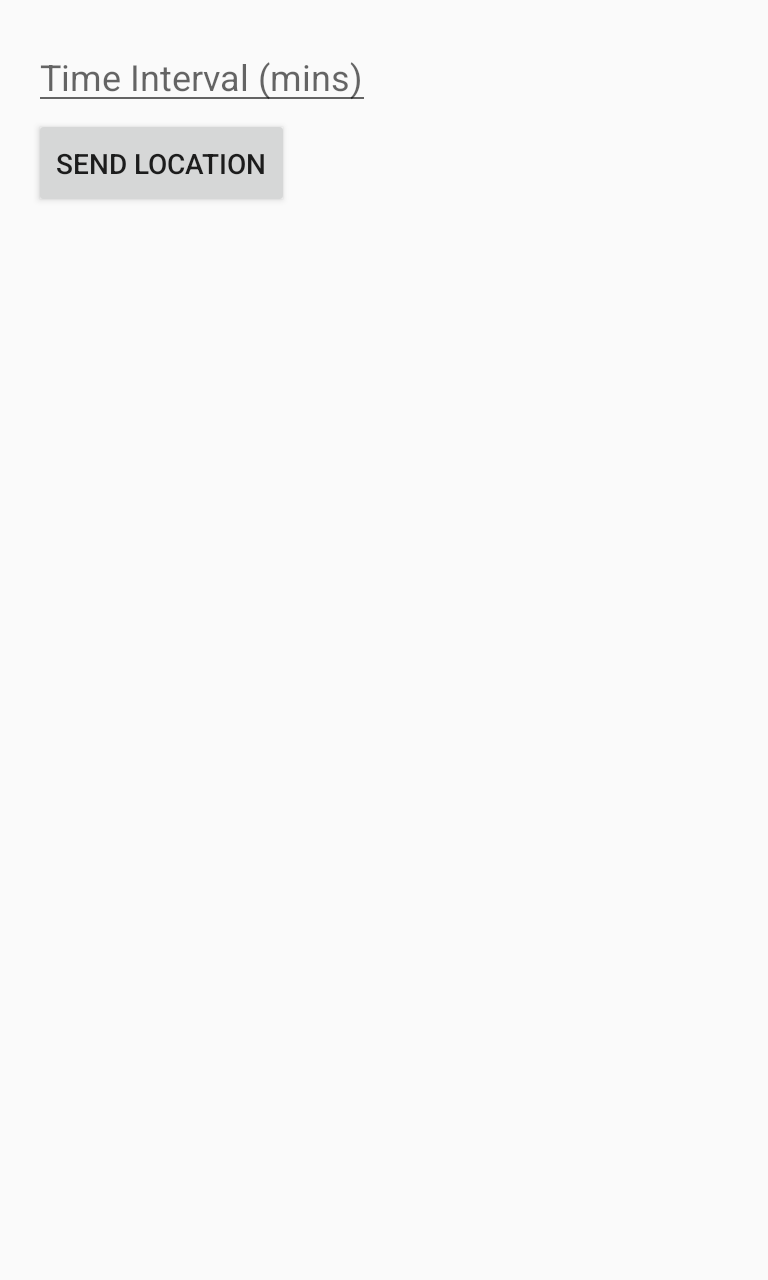
Repository: haidark/rahat
Layout: android/Rahat/res/layout/fragment_main.xml
The author's editor kept a copy of each file at every save. The layout is drawn from the files as they stood at one save, then again after the next save.
It is drawn on a 768 x 1280 px phone screen (xhdpi) without system bars, with theme AppTheme; the app's code is not run.

Above is the layout before, as saved 2014-05-01 23:21:52.

### android/Rahat/res/layout/fragment_main.xml
<LinearLayout xmlns:android="http://schemas.android.com/apk/res/android"
    xmlns:tools="http://schemas.android.com/tools"
    android:layout_width="match_parent"
    android:layout_height="match_parent"
    android:paddingBottom="@dimen/activity_vertical_margin"
    android:paddingLeft="@dimen/activity_horizontal_margin"
    android:paddingRight="@dimen/activity_horizontal_margin"
    android:paddingTop="@dimen/activity_vertical_margin"
    tools:context="com.example.rahat.MainActivity$PlaceholderFragment"
	android:orientation="vertical" >

    <EditText android:id="@+id/edit_1"
        android:layout_width="wrap_content"
        android:layout_height="wrap_content"
        android:hint="@string/edit_1" />
    <Button
        android:layout_width="wrap_content"
        android:layout_height="wrap_content"
        android:text="@string/button_send"
        android:onClick="sendLocation" />
    <ScrollView android:layout_width="fill_parent"
    			android:layout_height="wrap_content" >
	    <TextView android:id="@+id/text_1"
	        android:layout_width="wrap_content"
	        android:layout_height="wrap_content"
	        android:text="@string/text_info" />
	</ScrollView>

</LinearLayout>

### android/Rahat/res/values/strings.xml
<?xml version="1.0" encoding="utf-8"?>
<resources>

    <string name="app_name">Rahat</string>
    <string name="action_settings">Settings</string>
	<string name="edit_1">Time Interval (mins)</string>
	<string name="text_info"></string>
	<string name="button_send">Send Location</string>
	<string name="title_activity_main">MainActivity</string>
</resources>

Loaded but not shown: android/Rahat/res/values/styles.xml (common file); android/Rahat/res/values-v11/styles.xml (common file); android/Rahat/res/values-v14/styles.xml (common file); android/Rahat/res/values/dimens.xml (common file); android/Rahat/res/values-w820dp/dimens.xml (common file)

After the next save:
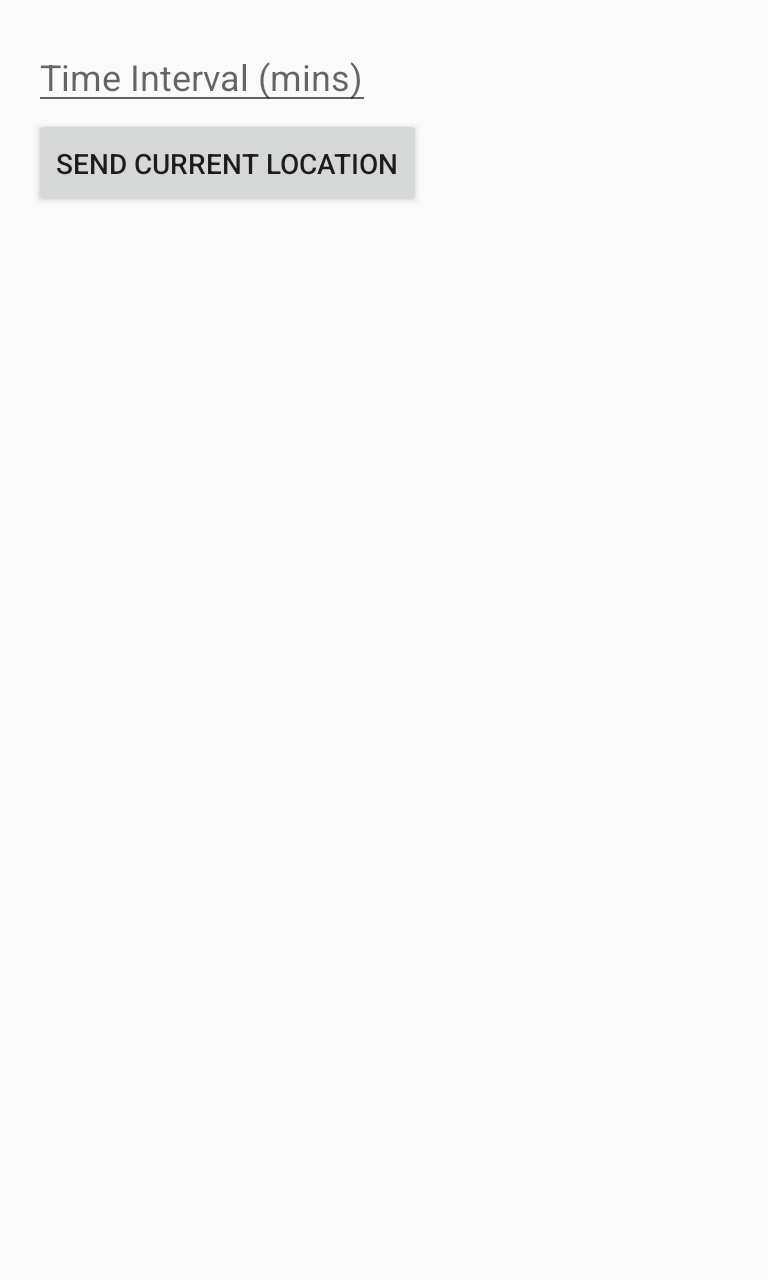
Saved 12 s later.
--- a/android/Rahat/res/values/strings.xml
+++ b/android/Rahat/res/values/strings.xml
@@ -5,6 +5,6 @@
     <string name="action_settings">Settings</string>
 	<string name="edit_1">Time Interval (mins)</string>
 	<string name="text_info"></string>
-	<string name="button_send">Send Location</string>
+	<string name="button_send">Send Current Location</string>
 	<string name="title_activity_main">MainActivity</string>
 </resources>
